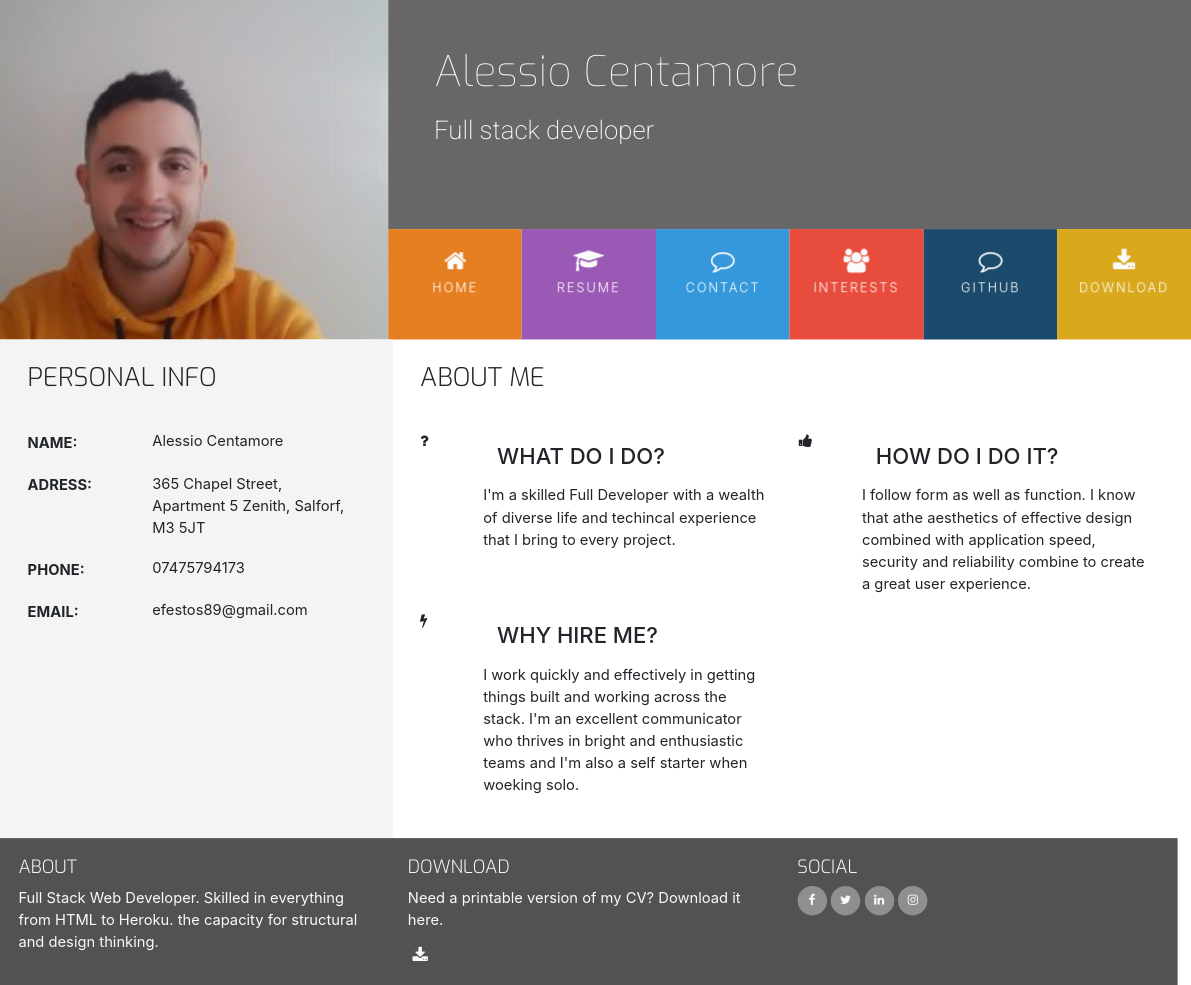
Repository: Baal89/Resume
Page: github.html
The author's editor kept a record of every edit. The page is drawn from the files as they stood at one moment, then again after the next edit.
The browser window is 1280 px wide. The page is 1295 px wide, so the pictures cover 1295 px, including what lies to the right of the window. The pictures show the whole page, at 92% of full size.

Above is the page before.

### github.html
<!DOCTYPE html>
<html lang="en">

<head>
    <meta charset="UTF-8">
    <meta name="viewport" content="width=device-width, initial-scale=1.0">
    <meta http-equiv="X-UA-Compatible" content="ie=edge">
    <link rel="stylesheet" href="https://stackpath.bootstrapcdn.com/bootstrap/4.4.1/css/bootstrap.min.css" integrity="sha384-Vkoo8x4CGsO3+Hhxv8T/Q5PaXtkKtu6ug5TOeNV6gBiFeWPGFN9MuhOf23Q9Ifjh" crossorigin="anonymous">
    <link href="https://stackpath.bootstrapcdn.com/font-awesome/4.7.0/css/font-awesome.min.css" rel="stylesheet" integrity="sha384-wvfXpqpZZVQGK6TAh5PVlGOfQNHSoD2xbE+QkPxCAFlNEevoEH3Sl0sibVcOQVnN" crossorigin="anonymous">
    <link rel="stylesheet" href="https://cdnjs.cloudflare.com/ajax/libs/hover.css/2.3.1/css/hover-min.css" type="text/css" />
    <link rel="stylesheet" href="assets/css/style.css" type="text/css" />
    <title>Alessio</title>
</head>

<body>

    <header>
        <div class="row">
            <a href="index.html" class="col-md-4 logo px-0">

            </a>
            <div class="col-md-8">
                <div class="row bg-color-name-title">
                    <div class="col heading px-0">
                        <h1 class="name">Alessio Centamore</h1>
                        <h2 class="title">Full stack developer</h2>
                    </div>
                </div>
                <div class="row">
                    <div class="col px-0">
                        <ul id="nav" class="list-inline menu-container">
                            <li class="col-6 col-sm-2 ui-menu-color-home list-inline-item menuitem">
                                <a href="index.html" class="hvr-sweep-to-bottom"><i class="fa fa-home" aria-hidden="true"></i><span>Home</span></a>
                            </li>
                            <li class="col-6 col-sm-2 ui-menu-color-resume list-inline-item menuitem">
                                <a href="resume.html" class="hvr-sweep-to-bottom"><i class="fa fa-graduation-cap" aria-hidden="true"></i><span>Resume</span></a>
                            </li>
                            <li class="col-6 col-sm-2 ui-menu-color-contact list-inline-item menuitem">
                                <a href="contact.html" class="hvr-sweep-to-bottom"><i class="fa fa-comment-o" aria-hidden="true"></i><span>Contact</span></a>
                            </li>
                            <li class="col-6 col-sm-2 ui-menu-color-interests list-inline-item menuitem">
                                <a href="interests.html" class="hvr-sweep-to-bottom"><i class="fa fa-users" aria-hidden="true"></i><span>Interests</span></a>
                            </li>
                            <li class="col-6 col-sm-2 ui-menu-color-github list-inline-item menuitem">
                                <a href="github.html" class="hvr-sweep-to-bottom"><i class="fa fa-comment-o" aria-hidden="true"></i><span>GitHub</span></a>
                            </li>
                            <li class="col-6 col-sm-2 ui-menu-color-download list-inline-item menuitem">
                                <a href="assets/cv/Alessio-Centamore-C.V.pdf" target="_blank" class="hvr-sweep-to-bottom"><i class="fa fa-download" aria-hidden="true"></i><span>Download</span></a>
                            </li>
                        </ul>
                    </div>
                </div>
            </div>
        </div>
    </header>

    <section class="container-fluid">
        <div class="row">
            <div class="col-md-4 bg-color-personal-info section-column">
                <div class="row">
                    <div class="col-12">
                        <h3 class="section-heading uppercase">Personal info</h3>
                    </div>
                </div>
                <div class="personal-info-item">
                    <div class="key">
                        <p class="uppercase">
                            Name:
                        </p>
                    </div>
                    <div class="value">
                        <p>
                            Alessio Centamore
                        </p>
                    </div>
                </div>
                <div class="personal-info-item">
                    <div class="key">
                        <p class="uppercase">
                            Adress:
                        </p>
                    </div>
                    <div class="value">
                        <p>
                            365 Chapel Street, Apartment 5 Zenith, Salforf, M3 5JT
                        </p>
                    </div>
                </div>
                <div class="personal-info-item">
                    <div class="key">
                        <p class="uppercase">
                            Phone:
                        </p>
                    </div>
                    <div class="value">
                        <p>
                            07475794173
                        </p>
                    </div>
                </div>
                <div class="personal-info-item">
                    <div class="key">
                        <p class="uppercase">
                            Email:
                        </p>
                    </div>
                    <div class="value">
                        <p>
                            efestos89@gmail.com
                        </p>
                    </div>
                </div>
            </div>
            <div class="col-md-8 color-three-reasons section-column">
                <div class="row">
                    <div class="col">
                        <h3 class="section-heading uppercase">about me</h3>
                    </div>
                </div>
                <div class="row">
                    <div class="col-10 offset-1 offset-sm-0 col-sm-4 col-md-6">
                        <div class="row">
                            <div class="col-2">
                                <i class="three-resons-icon fa fa-question" aria-hidden="true"></i>
                            </div>
                            <div class="col-10">
                                <h4 class="three-reasons-heading uppercase">What do I do?</h4>
                                <p>I'm a skilled Full Developer with a wealth of diverse life and
                                techincal experience that I bring to every project.</p>
                            </div>
                        </div>
                    </div>
                    <div class="col-10 offset-1 offset-sm-0 col-sm-4 col-md-6">
                        <div class="row">
                            <div class="col-2">
                                <i class="three-resons-icon fa fa-thumbs-up" aria-hidden="true"></i>
                            </div>
                            <div class="col-10">
                                <h4 class="three-reasons-heading uppercase">How do I do it?</h4>
                                <p>I follow form as well as function. I know that athe aesthetics of effective
                                design combined with application speed, security and reliability combine to
                                create a great user experience.</p>
                            </div>
                        </div>
                    </div>
                    <div class="col-10 offset-1 offset-sm-0 col-sm-4 col-md-6">
                        <div class="row">
                            <div class="col-2">
                                <i class="three-resons-icon fa fa-bolt" aria-hidden="true"></i>
                            </div>
                            <div class="col-10">
                                <h4 class="three-reasons-heading uppercase">Why hire me?</h4>
                                <p>I work quickly and effectively in getting things built and working across the stack. I'm an excellent
                                communicator who thrives in bright and enthusiastic teams and I'm also a self starter when woeking solo.</p>
                            </div>
                        </div>
                    </div>
                </div>
            </div>
        </div>
    </section>

    <footer class="container-fluid" id="footer-details">
        <div class="row">
            <div class="col-sm-4">
                <h5 class="uppercase general-sub">About</h5>
                <p class="inline-block">Full Stack Web Developer. Skilled in everything from HTML to Heroku. the capacity for structural and design thinking.</p>
            </div>
            <div class="col-sm-4">
                <h5 class="uppercase general-sub">Download</h5>
                <p class="inline-block">Need a printable version of my CV? Download it here.</p>
                <a href="assets/cv/Alessio-Centamore-C.V.pdf" target="_blank" target="_blank" class="cv-pdf">
                    <i class="fa fa-download" aria-hidden="true"></i>
                    <span class="sr-only">Download link.</span>
                </a>
            </div>
            <div class="col-sm-4">
                <h5 class="uppercase general-sub">Social</h5>
                <ul class="list-inline social-links">
                    <li class="list-inline-item">
                        <a target="_blank" href="#">
                            <i class="fa fa-facebook" aria-hidden="true"></i>
                            <span class="sr-only">Facebook</span>
                        </a>
                    </li>
                     <li class="list-inline-item">
                        <a target="_blank" href="#">
                            <i class="fa fa-twitter" aria-hidden="true"></i>
                            <span class="sr-only">Twitter</span>
                        </a>
                    </li>
                     <li class="list-inline-item">
                        <a target="_blank" href="#">
                            <i class="fa fa-linkedin" aria-hidden="true"></i>
                            <span class="sr-only">Linkedin</span>
                        </a>
                    </li>
                     <li class="list-inline-item">
                        <a target="_blank" href="#">
                            <i class="fa fa-instagram" aria-hidden="true"></i>
                            <span class="sr-only">Instagram</span>
                        </a>
                    </li>
                </ul>
            </div>
        </div>
    </footer>

</body>

</html>

Loaded but not shown: assets/css/style.css (611 lines, source omitted)

After the next edit:
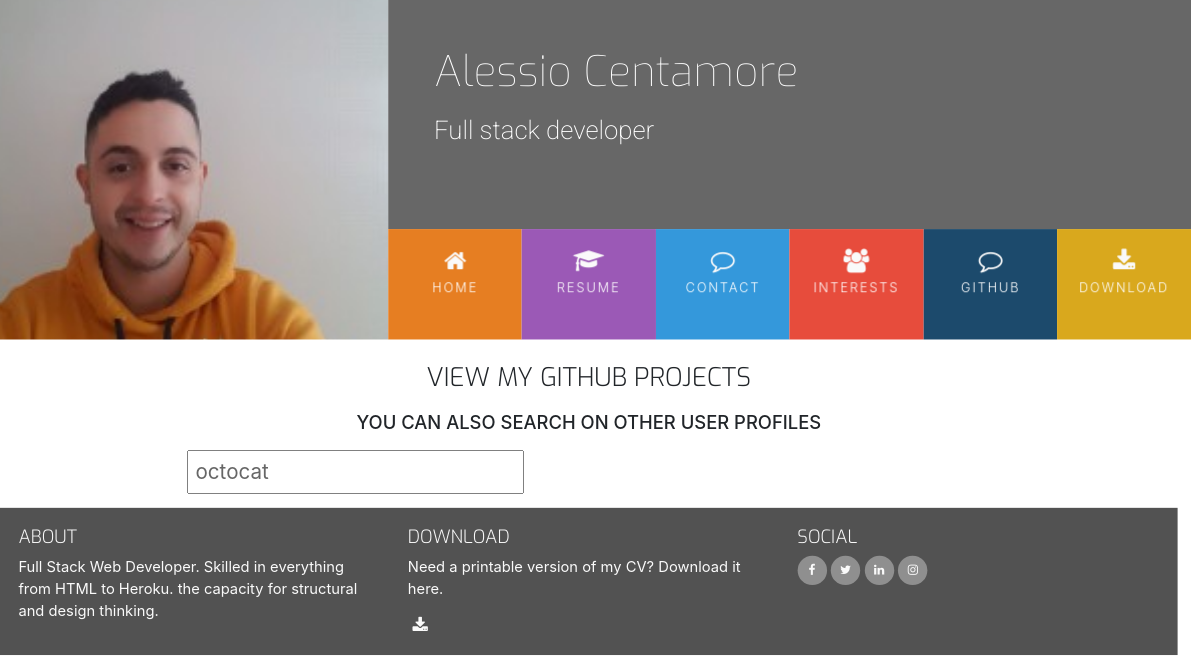
The edit:
--- a/github.html
+++ b/github.html
@@ -54,110 +54,22 @@
         </div>
     </header>
 
-    <section class="container-fluid">
-        <div class="row">
-            <div class="col-md-4 bg-color-personal-info section-column">
-                <div class="row">
-                    <div class="col-12">
-                        <h3 class="section-heading uppercase">Personal info</h3>
-                    </div>
+     <section class="container-fluid">
+        <div class="row bg-color-contact">
+            <div class="col">
+                <h3 class="contact-heading uppercase text-center">View My GitHub Projects</h3>
+                <h5 class="uppercase text-center">You can also search on other user profiles</h5>
+
+                <div class="center-form">
+                    <input type="text" id="gh-username" value="octocat" oninput="fetchGitHubInformation()" />
+                    <div id="gh-user-data"></div>
+                    <div id="gh-repo-data"></div>
+
                 </div>
-                <div class="personal-info-item">
-                    <div class="key">
-                        <p class="uppercase">
-                            Name:
-                        </p>
-                    </div>
-                    <div class="value">
-                        <p>
-                            Alessio Centamore
-                        </p>
-                    </div>
-                </div>
-                <div class="personal-info-item">
-                    <div class="key">
-                        <p class="uppercase">
-                            Adress:
-                        </p>
-                    </div>
-                    <div class="value">
-                        <p>
-                            365 Chapel Street, Apartment 5 Zenith, Salforf, M3 5JT
-                        </p>
-                    </div>
-                </div>
-                <div class="personal-info-item">
-                    <div class="key">
-                        <p class="uppercase">
-                            Phone:
-                        </p>
-                    </div>
-                    <div class="value">
-                        <p>
-                            07475794173
-                        </p>
-                    </div>
-                </div>
-                <div class="personal-info-item">
-                    <div class="key">
-                        <p class="uppercase">
-                            Email:
-                        </p>
-                    </div>
-                    <div class="value">
-                        <p>
-                            efestos89@gmail.com
-                        </p>
-                    </div>
-                </div>
-            </div>
-            <div class="col-md-8 color-three-reasons section-column">
-                <div class="row">
-                    <div class="col">
-                        <h3 class="section-heading uppercase">about me</h3>
-                    </div>
-                </div>
-                <div class="row">
-                    <div class="col-10 offset-1 offset-sm-0 col-sm-4 col-md-6">
-                        <div class="row">
-                            <div class="col-2">
-                                <i class="three-resons-icon fa fa-question" aria-hidden="true"></i>
-                            </div>
-                            <div class="col-10">
-                                <h4 class="three-reasons-heading uppercase">What do I do?</h4>
-                                <p>I'm a skilled Full Developer with a wealth of diverse life and
-                                techincal experience that I bring to every project.</p>
-                            </div>
-                        </div>
-                    </div>
-                    <div class="col-10 offset-1 offset-sm-0 col-sm-4 col-md-6">
-                        <div class="row">
-                            <div class="col-2">
-                                <i class="three-resons-icon fa fa-thumbs-up" aria-hidden="true"></i>
-                            </div>
-                            <div class="col-10">
-                                <h4 class="three-reasons-heading uppercase">How do I do it?</h4>
-                                <p>I follow form as well as function. I know that athe aesthetics of effective
-                                design combined with application speed, security and reliability combine to
-                                create a great user experience.</p>
-                            </div>
-                        </div>
-                    </div>
-                    <div class="col-10 offset-1 offset-sm-0 col-sm-4 col-md-6">
-                        <div class="row">
-                            <div class="col-2">
-                                <i class="three-resons-icon fa fa-bolt" aria-hidden="true"></i>
-                            </div>
-                            <div class="col-10">
-                                <h4 class="three-reasons-heading uppercase">Why hire me?</h4>
-                                <p>I work quickly and effectively in getting things built and working across the stack. I'm an excellent
-                                communicator who thrives in bright and enthusiastic teams and I'm also a self starter when woeking solo.</p>
-                            </div>
-                        </div>
-                    </div>
-                </div>
+
             </div>
         </div>
+
     </section>
 
     <footer class="container-fluid" id="footer-details">
